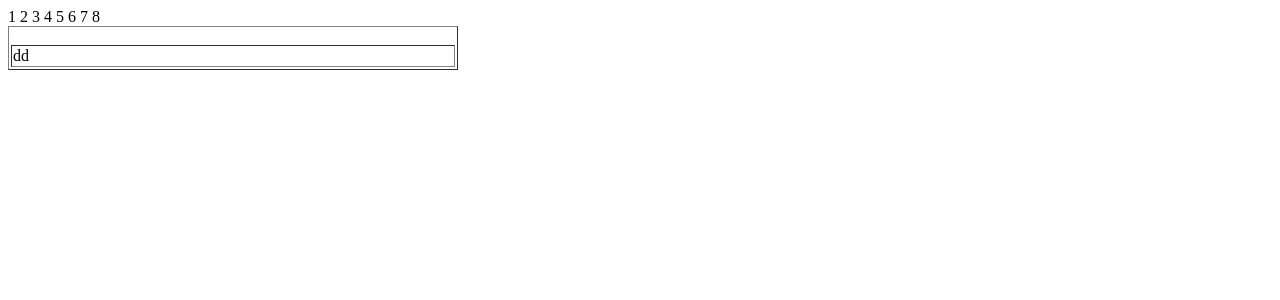
Repository: Cheol-Cheol/KOSA
Page: Kcc_web/Html/WebContent/mission/3.html
These files come from the project's save history. The page is drawn as it stood at one moment and after the next save; the edit follows.
The browser window is 1280 px wide. The pictures show the whole page.

Above is the page before, as saved 2024-07-08 06:18:00.

After the next save:
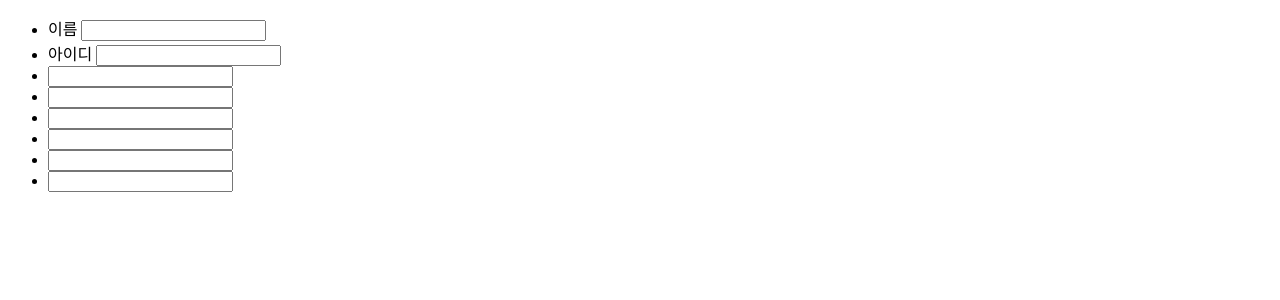
Saved 25 s later.
--- a/Kcc_web/Html/WebContent/mission/3.html
+++ b/Kcc_web/Html/WebContent/mission/3.html
@@ -6,43 +6,16 @@
 </head>
 <body>
 	<form action="#">
-		<!-- 		<ul> -->
-		<!-- 			<li><label for="">이름 <input type="text" /></label></li> -->
-		<!-- 			<li><label for="">아이디 <input type="text" /></label></li> -->
-		<!-- 			<li><label for=""><input type="text" /></label></li> -->
-		<!-- 			<li><label for=""><input type="text" /></label></li> -->
-		<!-- 			<li><label for=""><input type="text" /></label></li> -->
-		<!-- 			<li><label for=""><input type="text" /></label></li> -->
-		<!-- 			<li><label for=""><input type="text" /></label></li> -->
-		<!-- 			<li><label for=""><input type="text" /></label></li> -->
-		<!-- 		</ul>	 -->
-
-		<table width="450" border="1">
-			<thead>
-
-				<tr>1
-				</tr>
-				<tr>2
-				</tr>
-				<tr>3
-				</tr>
-				<tr>4
-				</tr>
-				<tr>5
-				</tr>
-				<tr>6
-				</tr>
-				<tr>7
-				</tr>
-				<tr>8
-				</tr>
-			</thead>
-			<tbody>
-				<tr width="50" align ="left">
-					<td>dd</td>
-				</tr>
-			</tbody>
-		</table>
+		<ul>
+			<li><label for="">이름 <input type="text" /></label></li>
+			<li><label for="">아이디 <input type="text" /></label></li>
+			<li><label for=""><input type="text" /></label></li>
+			<li><label for=""><input type="text" /></label></li>
+			<li><label for=""><input type="text" /></label></li>
+			<li><label for=""><input type="text" /></label></li>
+			<li><label for=""><input type="text" /></label></li>
+			<li><label for=""><input type="text" /></label></li>
+		</ul>
 	</form>
 </body>
 </html>
